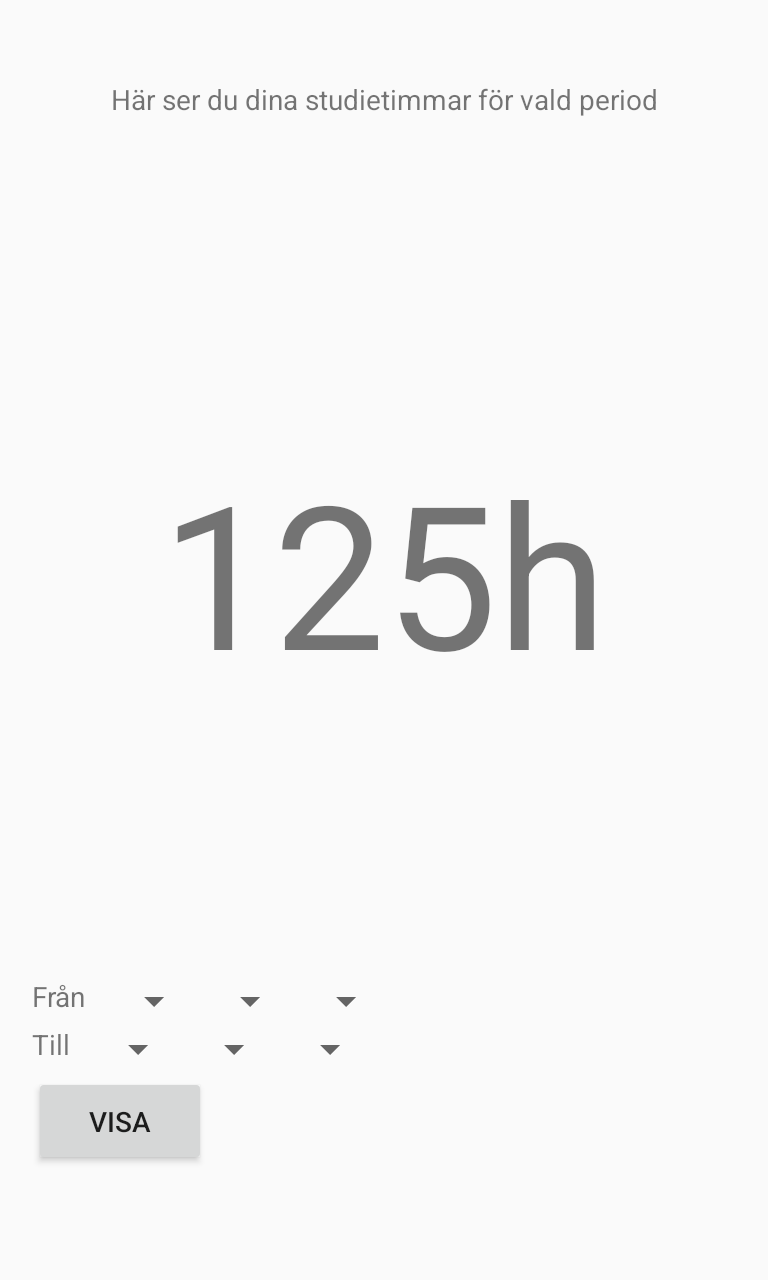
Repository: Dinova/Studiekoll
Layout: Studiekoll/Studiekoll/res/layout/fragment_graph.xml
The author's editor kept a copy of each file at every save. The layout is drawn from the files as they stood at one save, then again after the next save.
It is drawn on a 768 x 1280 px phone screen (xhdpi) without system bars, with theme AppTheme; the app's code is not run.

Above is the layout before, as saved 2014-05-15 12:43:31.

After the next save:
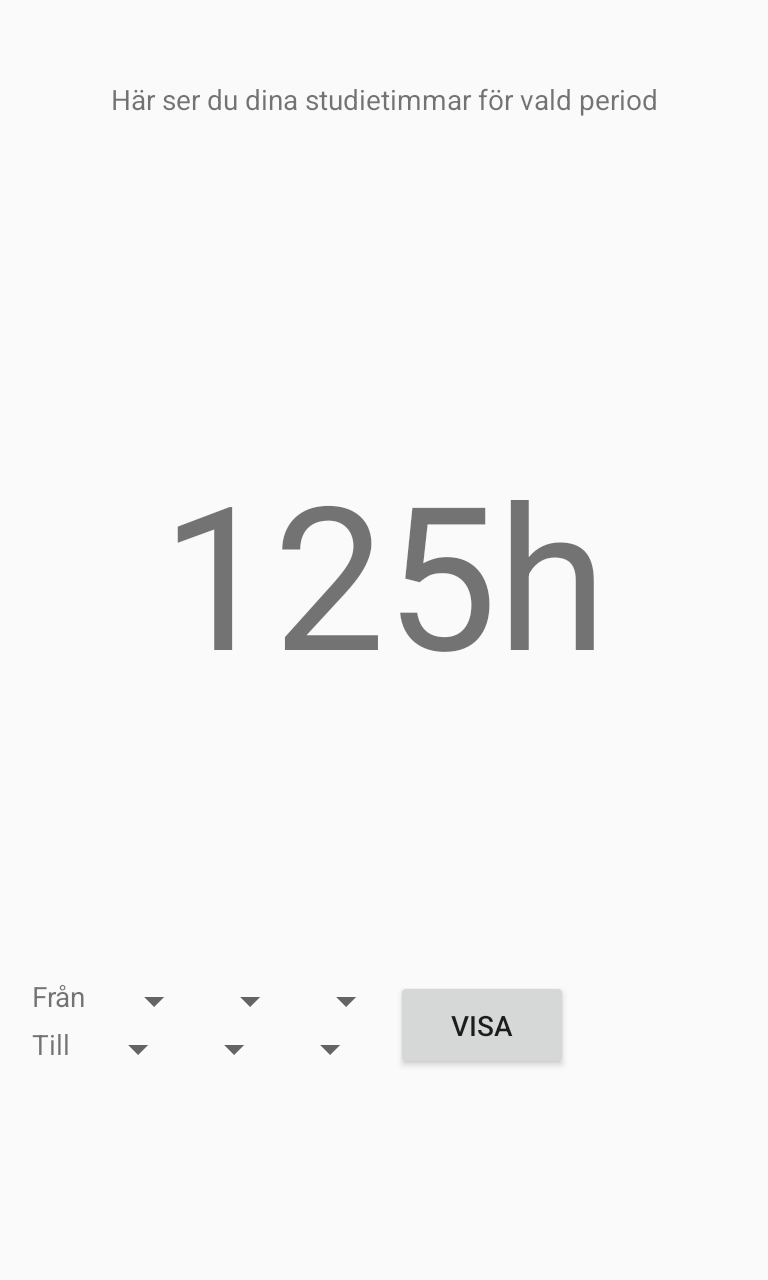
Saved 106 s later.
--- a/Studiekoll/Studiekoll/res/layout/fragment_graph.xml
+++ b/Studiekoll/Studiekoll/res/layout/fragment_graph.xml
@@ -27,14 +27,14 @@
         android:text="125h"
         android:textSize="100sp" />
 
-    <!-- Bottom controll layout -->
+    <!-- Bottom control layout -->
     <LinearLayout
         android:layout_width="wrap_content"
         android:layout_height="0dp"
         android:layout_weight="2"
         android:orientation="horizontal" >
 
-        <!-- Date controll layout -->
+        <!-- Date control layout -->
         <LinearLayout
             android:layout_width="wrap_content"
         	android:layout_height="wrap_content"
@@ -98,12 +98,14 @@
 
 			</LinearLayout> <!-- To date control layout end -->
 
+	</LinearLayout> <!-- Date control layout end-->
+
 			<Button
 	        	android:layout_width="wrap_content"
 	        	android:layout_height="wrap_content"
 	        	android:text="@string/show_button_text" />
 
-    	</LinearLayout>
+    	</LinearLayout> <!-- Bottom control layout end -->
 
 	</LinearLayout>
 
